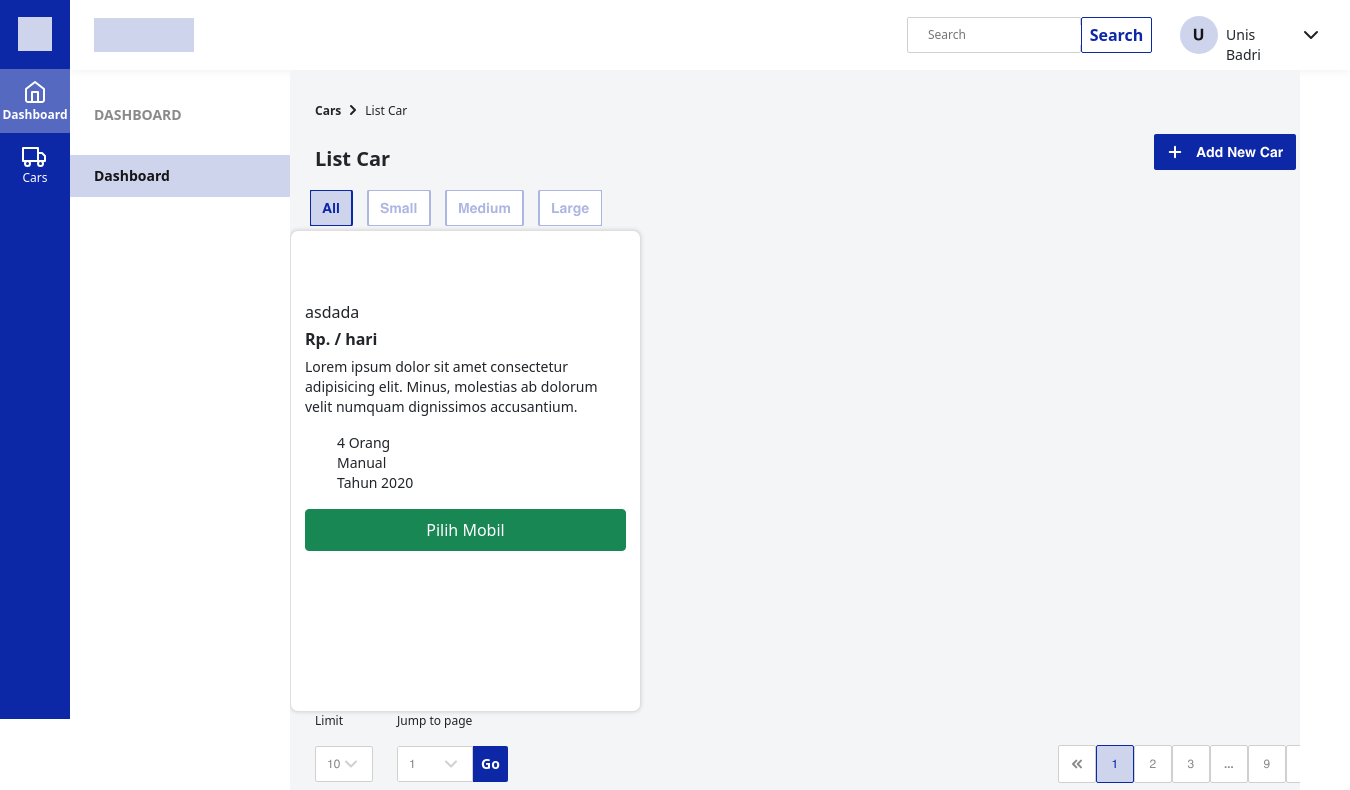
Repository: farrelmuhammad/challenge-7-binar
Page: /carlist
An editor plug-in stored every save of this project. The page is shown before and after a run of saves, followed by the edit.
The browser window is 1280 px wide. The page is 1350 px wide, so the pictures cover 1350 px, including what lies to the right of the window. The pictures show the whole page.
An inner scrolling area shows only its first screen. The project was rebuilt for these pictures with package versions that can differ from the ones it lists, and the page was loaded fresh each time. Also part of the build but not shown: src/component/navbar.js, src/component/header.js, src/component/footer.js, src/App.js, src/component/admin/Dashboard/index.jsx, src/pages/admin/Dashboard.js, src/component/searchForm.js, src/pages/cars.js.

Above is the page before, as saved 2022-05-27 19:42:44.

### src/index.css
body {
  font-family: Helvetica Neue, Helvetica, Arial, sans-serif;
  font-style: normal;
  font-weight: normal;
  font-size: 14px;
  line-height: 20px;
  margin: 0;
  padding: 0;
}

h1,
h2,
h3,
h4,
h5 {
  line-height: 150%;
}

.header{
  background-color: #F1F3FF;
}

.footer i {
  color: #0D28A6;
  font-size: x-large;
}

.bg-darkblue{
  background-color: #0D28A6;
}

.logo {
  background-color: #0D28A6;
  width: 100px;
  height: 34px;
}

code {
  font-family: source-code-pro, Menlo, Monaco, Consolas, 'Courier New',
    monospace;
}

.card-cari {
  width: 1047px;
  /* height: 106px; */
  margin-top: -50px;
  z-index: 2;
}
.button-cari {
  width: 92px !important;
  margin-top: 30px;
  height: 36px;
}
.activeCari {
  height: 100%;
  width: 0;
  position: fixed;
  z-index: 2;
  top: 0;
  left: 0;
  background-color: rgba(0, 0, 0, 0.5);
  overflow-x: hidden;
  transition: 0.5s;
  padding-top: 34px;
}

### src/component/admin/Navbar.jsx
import { Link } from 'react-router-dom';
import './Navbar.css';

const Navbar = () => {
  return (
    <header>
      {/* navbar top */}
      <div className="nav-top navbar">
        <div className="logo"></div>
        <span
          className="icon-menu iconify"
          data-icon="charm:menu-hamburger"
          data-width="24"
        ></span>
        <form className="nav-search d-flex">
          <div className="box-search">
            <span
              className="iconify"
              data-icon="akar-icons:search"
              data-width="18"
            ></span>
            <input type="search" placeholder="Search" />
          </div>
          <button className="button-search" type="submit">
            Search
          </button>
        </form>
        <div className="profile">
          <img src="img/profile.svg" alt="profile" />
          <p>Unis Badri</p>
          <img className="dropdown" src="img/dropdown.svg" alt="dropdown" />
        </div>
      </div>

      {/* navbar side */}
      <div className="nav-side">
        <div className="nav-blue">
          <div className="square"></div>
          <div className="frame-menu">
            <div className="dash-img" id="active">
              <a href="/dashboard">
                <img src="/img/dashboard.svg" alt="dashboard" />
              </a>
              <a href="/dashboard">Dashboard</a>
            </div>
            <div className="dash-img">
              <Link to="/carlist">
              <a>
                <img src="/img/cars.svg" alt="cars" />
                Cars
              </a>
              </Link>
            </div>
          </div>
        </div>
        <div className="nav-white">
          <div className="title-menu">
            <h1>DASHBOARD</h1>
          </div>
          <div className="list-menu">
            <h1>Dashboard</h1>
          </div>
        </div>
      </div>
    </header>
  );
};

export default Navbar;

### src/component/admin/Cars/index.jsx

import { Link } from "react-router-dom";
import "./Content.css";

const CarsListContent= () => {

  return (
    <>
      <div className="content">
        <div className="breadcrumb">
          <h1>Cars</h1>
          <img src="img/arrow-right.svg" alt="arrow-right" />
          <p>List Car</p>
        </div>
        <div className="row">
            <div className="col">
                <h1 className="title-h1">List Car</h1>
            </div>
            <div className="col mt-5 p-3 text-end">
                <img src="img/btn-addcar.svg" alt="add new"/>
            </div>
        </div>
        <div className="breadcumb ms-3 p-1">
          <img src="img/breadcumb carlist.svg" alt="" />
        </div>

        {/* order table */}
        <div className="card">
        <div className="image">
            <img src="" alt="" />
        </div>
        <div className="info">
            <h6>asdada</h6>
            <h6 className="price">Rp. / hari</h6>
            <p>Lorem ipsum dolor sit amet consectetur adipisicing elit. Minus, molestias ab dolorum velit numquam dignissimos accusantium.</p>
            <ul>
                <li>4 Orang</li>
                <li>Manual</li>
                <li>Tahun 2020</li>
            </ul>
            <Link to='/' className="btn btn-success nav-link text-white">Pilih Mobil</Link>
        </div>
    </div>

        {/* table navigation */}
        <div className="table-nav">
          <div className="limit-nav">
            <p>Limit</p>
            <img src="img/form-drop.svg" alt="form-drop" />
          </div>
          <div className="jump-nav">
            <p>Jump to page</p>
            <img src="img/form-drop-2.svg" alt="form-drop-2" />
          </div>
          <div className="go-nav">
            <h1>Go</h1>
          </div>
          <div className="page-number">
            <img src="img/page-number.svg" alt="page-number" />
          </div>
        </div>

        <div className="list-car">
          <img src="img/line-blue.svg" alt="" />
          <h1>List Car</h1>
        </div>
        {/* car table */}
        <div className="list-table">
          <table className="table table-borderless">
            <thead>
              <tr>
                <th style={{ textAlign: "center" }}>No</th>
                <th>
                  Name
                  <img className="sort" src="img/sort.svg" alt="sort" />
                </th>
                <th>
                  Category
                  <img className="sort" src="img/sort.svg" alt="sort" />
                </th>
                <th>
                  Price
                  <img className="sort" src="img/sort.svg" alt="sort" />
                </th>
                <th>
                  Start Rent
                  <img className="sort" src="img/sort.svg" alt="sort" />
                </th>
                <th>
                  Finish Rent
                  <img className="sort" src="img/sort.svg" alt="sort" />
                </th>
                <th>
                  Created at
                  <img className="sort" src="img/sort.svg" alt="sort" />
                </th>
                <th>
                  Updated at
                  <img className="sort" src="img/sort.svg" alt="sort" />
                </th>
              </tr>
            </thead>
            <tbody>
              {/* {dataCarAdmin?.map((car, i) => (
                <>
                  <tr>
                    <td key={car.id} style={{ textAlign: "center" }}>
                      {i + 1}
                    </td>
                    <td>{car.name}</td>
                    <td>{car.category}</td>
                    <td>{car.price}</td>
                    <td>{car.start_rent_at}</td>
                    <td>{car.finish_rent_at}</td>
                    <td>{car.createdAt}</td>
                    <td>{car.updatedAt}</td>
                  </tr>
                </>
              ))} */}
            </tbody>
          </table>
        </div>

        {/* table navigation */}
        <div className="table-nav">
          <div className="limit-nav">
            <p>Limit</p>
            <img src="img/form-drop.svg" alt="form-drop" />
          </div>
          <div className="jump-nav">
            <p>Jump to page</p>
            <img src="img/form-drop-2.svg" alt="form-drop-2" />
          </div>
          <div className="go-nav">
            <h1>Go</h1>
          </div>
          <div className="page-number">
            <img src="img/page-number.svg" alt="page-number" />
          </div>
        </div>
      </div>
    </>
  );
};

export default CarsListContent

### src/component/admin/Navbar.css
h1 {
    font-size: 14px;
    line-height: 20px;
}

header .nav-top {
    position: absolute;
    width: 1280px;
    height: 70px;
    left: 70px;
    right: 0;
    top: 0px;
    box-shadow: 0px 2px 8px rgba(0, 0, 0, 0.05);
}

header .nav-top .logo {
    position: absolute;
    width: 100px;
    height: 34px;
    left: 24px;
    top: 18px;
    background: #CFD4ED;
}

header .nav-top .icon-menu {
    position: absolute;
    width: 24px;
    height: 24px;
    left: 244px;
    top: 23px;
}

header .nav-top .nav-search {
    display: flex;
    flex-direction: row;
    align-items: flex-start;
    padding: 0px;
    position: absolute;
    width: 245px;
    height: 36px;
    left: 837px;
    top: 17px;
}

header .nav-top .nav-search .box-search {
    display: flex;
    flex-direction: row;
    align-items: center;
    padding-left: 12px;
    width: 174px;
    height: 36px;
    border: 1px solid #D0D0D0;
    border-radius: 2px;
    font-size: 12px;
    line-height: 18px;
    color: #8A8A8A;
}

header .nav-top .nav-search .box-search > input {
    border: none;
    outline: none;
    padding-left: 8px;
}

header .nav-top .nav-search .button-search {
    display: flex;
    flex-direction: row;
    justify-content: center;
    align-items: center;
    padding: 8px 12px;
    width: 71px;
    height: 36px;
    background-color: white;
    border: 1px solid #0D28A6;
    border-radius: 2px;
    font-weight: 700;
    color:#0D28A6;
}

header .nav-top .profile {
    display: flex;
    flex-direction: row;
    align-items: center;
    position: absolute;
    width: 143px;
    height: 38px;
    left: 1110px;
    right: 24px;
    top: 16px;
}

header .nav-top .profile > p {
    position: absolute;
    width: 65px;
    height: 20px;
    left: 46px;
    top: 9px;
    font-weight: 400;
    font-size: 14px;
    line-height: 20px;
}

header .nav-top .profile .dropdown {
    position: absolute;
    width: 24px;
    height: 24px;
    left: 119px;
    top: 7px;
}

header .nav-side {
    position: absolute;
    width: 290px;
    height: 100%;
    left: 0px;
    top: -1px;
}

header .nav-side .nav-blue {
    position: absolute;
    left: 0%;
    right: 75.86%;
    top: 0%;
    bottom: 0%;
    background: #0D28A6;
}

header .nav-side .nav-blue .square {
    position: absolute;
    width: 34px;
    height: 34px;
    left: 18px;
    top: 18px;
    background: #CFD4ED;
}

header .nav-side .nav-blue .frame-menu {
    display: flex;
    flex-direction: column;
    align-items: flex-start;
    padding: 0px;
    position: absolute;
    width: 70px;
    height: 128px;
    left: 0px;
    top: 70px;
}

header .nav-side .nav-blue .frame-menu .dash-img {
    display: flex;
    flex-direction: column;
    justify-content: center;
    align-items: center;
    padding: 20px 23px;
    position: static;
    width: 70px;
    height: 64px;
    left: 0px;
    top: 0px;
}

#active {
    font-weight: 700;
    background: rgba(255, 255, 255, 0.3);
}

header .nav-side .nav-blue .frame-menu .dash-img a {
    font-size: 12px;
    line-height: 18px;
    margin-top: 2px;
    text-decoration: none;
    color: white;
}

header .nav-side .nav-blue img:last-child {
    margin-top: 0;
}

header .nav-side .nav-white {
    position: absolute;
    left: 24.14%;
    right: 0%;
    top: 7.76%;
    bottom: 0.22%;
}

header .nav-side .nav-white .title-menu {
    position: absolute;
    width: 220px;
    height: 42px;
    left: 24px;
    top: 50px;
}

header .title-menu h1 {
    font-weight: 700;
    color: #8A8A8A;
    left: 24px;
}

header .nav-side .nav-white .list-menu {
    position: static;
    margin-top: 100px;
    width: 220px;
    height: 42px;
    padding: 11px 24px;
    background: #CFD4ED;
}

header .list-menu h1 {
    font-weight: 700;
    color: #151515;
    left: 24px;
}

### src/component/admin/Cars/Content.css
.content {
    position: absolute;
    overflow: auto;
    left: 290px;
    top: 70px;
    /* width: 1280px; */
    height: 100%;
    background: #F4F5F7;
    font-size: 14px;
    line-height: 20px;
}

.content .breadcrumb {
    position: absolute;
    width: 300px;
    height: 18px;
    left: 25px;
    top: 32px;
}

.content .breadcrumb > h1 {
    font-size: 12px;
    line-height: 18px;
    font-weight: 700;
}

.content .breadcrumb > p {
    font-size: 12px;
    line-height: 18px;
    font-weight: 300;
}

.content .breadcrumb > img {
    width: 16px;
    height: 16px;
    margin-left: 4px;
    margin-right: 4px;
}

.content .title-h1 {
    font-size: 20px;
    line-height: 30px;
    font-weight: 700;
    margin-left: 25px;
    margin-top:74px;
}

.content .list-order {
    margin-top: 24px;
    position: absolute;
    width: 79px;
    height: 24px;
    margin-left: 25px;
}

.content .list-order > img {
    width: 4px;
    height: 24px;
}

.content .list-order > h1 {
    float: right;
    font-weight: 700;
    margin-left: 8px;
}

.content .list-table table {
    margin-left: 25px;
    margin-top: 72px;
    width: 100%;
    table-layout: fixed;
    background-color: white;
    border: 1px solid none;
    border-radius: 2px;
}

.content .list-table table thead {
    background-color: rgba(207, 212, 237, 1);
    font-weight: 700;
}

.content .list-table table thead th:first-child {
    width: 40px;
}

.content .list-table table thead th > img {
    float: right;
}

.content .table-nav {
    display: flex;
    flex-direction: row;
    width: 1010px;
    font-size: 12px;
    line-height: 18px;
    font-weight: 300;
}

.content .table-nav .limit-nav{
    margin-left: 25px;
}

.content .table-nav .limit-nav p {
    font-size: 12px;
    line-height: 18px;
}

.content .table-nav .jump-nav {
    margin-left: 24px;
}

.content .table-nav .jump-nav p {
    font-size: 12px;
    line-height: 18px;
}

.content .table-nav .go-nav {
    width: 43px;
    height: 36px;
    margin-top: 34px;
    background: #0D28A6;
    border-radius: 0px 2px 2px 0px;
}

.content .table-nav .go-nav > h1 {
    text-align: center;
    font-weight: bold;
    color: white;
    padding: 8px 8px;
}

.content .table-nav .page-number {
    margin-top: 33px;
    margin-left: 550px;
}

.content .list-car {
    margin-top: 24px;
    position: absolute;
    width: 65px;
    height: 24px;
    margin-left: 25px;
}

.content .list-car > img {
    width: 4px;
    height: 24px;
}

.content .list-car > h1 {
    float: right;
    font-weight: 700;
    margin-left: 8px;
}

.content .title-button-car {
    display: inline-flex;
}

.content .title-button-car > h1 {
    margin-right: 800px;
}

.content .title-button-car > a img {
    margin-top: 74px;
}

.content .button-category {
    margin-top: 24px;
    margin-left: 8px;
    display: inline-flex;
}

.content .button-category img {
    margin-left: 16px;
}

.content .cars-card {
    width: 320px;
    height: 482px;
    margin-left: 25px;
    margin-top: 24px;
    box-shadow: 0px 0px 4px rgba(0, 0, 0, 0.15);
    border-radius: 8px;
}

.content .cars-card .card-img-top {
    width: 270px;
    height: 160px;
    margin: auto;
    margin-top: 55px;
}

.content .cars-card .card-body {
    padding: 24px;
}

.content .cars-card .card-body .bold-h1 {
    font-weight: 700;
    font-size: 16px;
    line-height: 24px;
    margin-bottom: 0;
}

.content .cars-card .card-body-text {
    display: inline-flex;
    width: 303px;
    height: 20px;
    margin-top: 16px;
}

.content .cars-card .card-body-text img {
    margin-right: 8px;
    width: 20px;
    height: 20px;
}

.content .cars-card .button-card {
    display: inline-flex;
    margin-left: 8px;
    margin-top: 24px;
}

.content .cars-card .button-card img {
    width: 120px;
}

.content .cars-card .button-card img:last-child {
    margin-left: 16px;
}

.content .form-add-new-car {
    width: 1010px;
    height: 350px;
    background: white;
    margin-top: 32px;
    margin-left: 25px;
}

.content .form-add-new-car .content-form {
    padding-top: 16px;
    padding-left: 25px;
    font-weight: 300;
    font-size: 12px;
    line-height: 18px;
}

.content .form-add-new-car .content-form label {
    width: 147px;
}

.content .form-add-new-car .content-form input {
    width: 339px;
    height:auto;
    border: 1px solid #D0D0D0;
    border-radius: 2px;
    color: #8A8A8A;
    font-weight: 300;
    font-size: 12px;
    line-height: 18px;
}

.content .form-add-new-car .content-form .content-box {
    margin-left: 4px;
}

.content .form-add-new-car .content-h1 h1 {
    display: inline-flex;
    margin-left: 25px;
    margin-top: 16px;
    font-weight: 300;
    font-size: 12px;
    line-height: 18px;
}

.content .form-add-new-car .content-h1 h1:first-child {
    width: 147px;
}

.content .form-add-new-car .content-h1 h1:last-child {
    margin-left: 8px;
}

.content .button-form {
    display: inline-flex;
    margin-left: 9px;
}

.content .button-form img {
    margin-left: 16px;
    margin-top: 282px;
    margin-bottom: 40px;
}

.card {
    display: flex;
flex-direction: column;
align-items: flex-start;
padding: 24px;
gap: 24px;

width: 351px;
height: 482px;

background: #FFFFFF;
/* Shadow/Low */

box-shadow: 0px 0px 4px rgba(0, 0, 0, 0.15);
border-radius: 8px;

    padding: 1em;
}

.image img{
    width: 100%;
}

.info {
    padding: 1em 0;
}

.price {
    font-weight: bold;
}

.info ul li {
    list-style-type: none;
}

Loaded but not shown: public/index.html (common file); src/app/store.js (common file); src/reportWebVitals.js (common file); src/features/counter/counterAPI.js (common file); src/features/counter/counterSlice.js (73 lines, source omitted); src/index.js (26 lines, source omitted); src/Routes.js (23 lines, source omitted); src/pages/admin/CarsList.js (14 lines, source omitted); src/component/admin/Dashboard/Content.css (293 lines, source omitted)

After the next 2 saves:
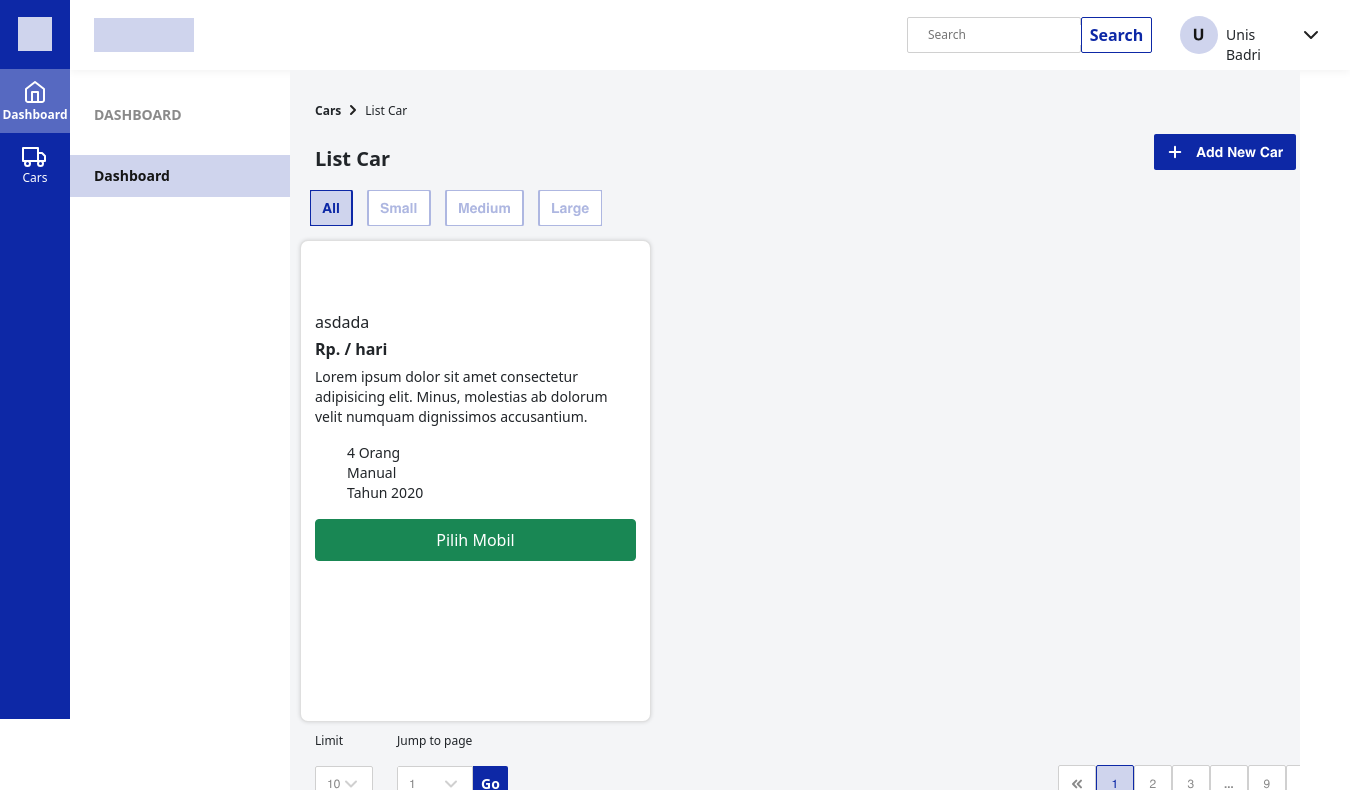
The 2 saves are shown as one change because they came seconds apart.
The last was saved 27 s later.
--- a/src/component/admin/Cars/Content.css
+++ b/src/component/admin/Cars/Content.css
@@ -294,20 +294,20 @@
 
 .card {
     display: flex;
-flex-direction: column;
-align-items: flex-start;
-padding: 24px;
-gap: 24px;
-
-width: 351px;
-height: 482px;
-
-background: #FFFFFF;
-/* Shadow/Low */
-
-box-shadow: 0px 0px 4px rgba(0, 0, 0, 0.15);
-border-radius: 8px;
-
+    flex-direction: column;
+    align-items: flex-start;
+    padding: 24px;
+    gap: 24px;
+
+    width: 351px;
+    height: 482px;
+
+    background: #FFFFFF;
+    /* Shadow/Low */
+
+    box-shadow: 0px 0px 4px rgba(0, 0, 0, 0.15);
+    border-radius: 8px;
+    margin: 10px;
     padding: 1em;
 }
 

After the save that followed:
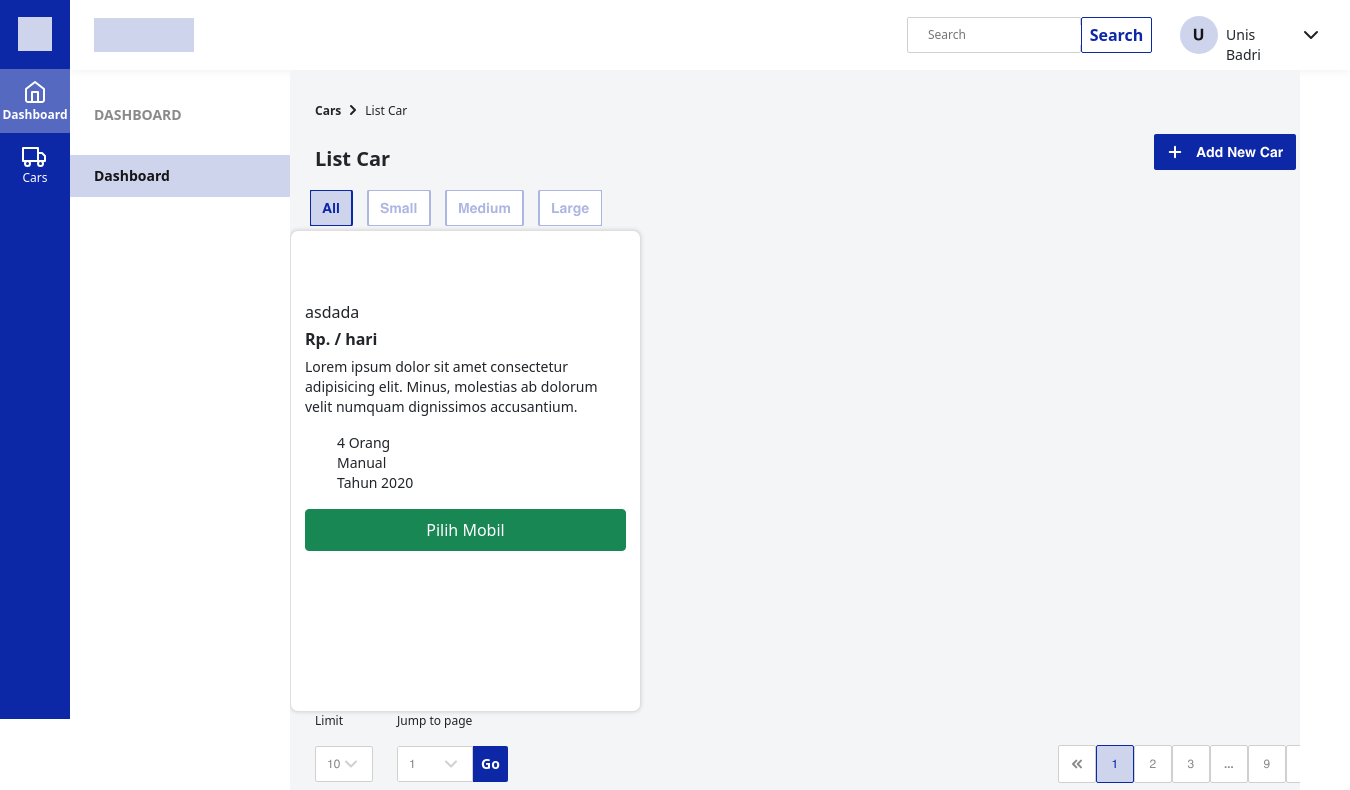
Saved 8 s later.
--- a/src/component/admin/Cars/Content.css
+++ b/src/component/admin/Cars/Content.css
@@ -307,7 +307,7 @@
 
     box-shadow: 0px 0px 4px rgba(0, 0, 0, 0.15);
     border-radius: 8px;
-    margin: 10px;
+    margin: 110x;
     padding: 1em;
 }
 
